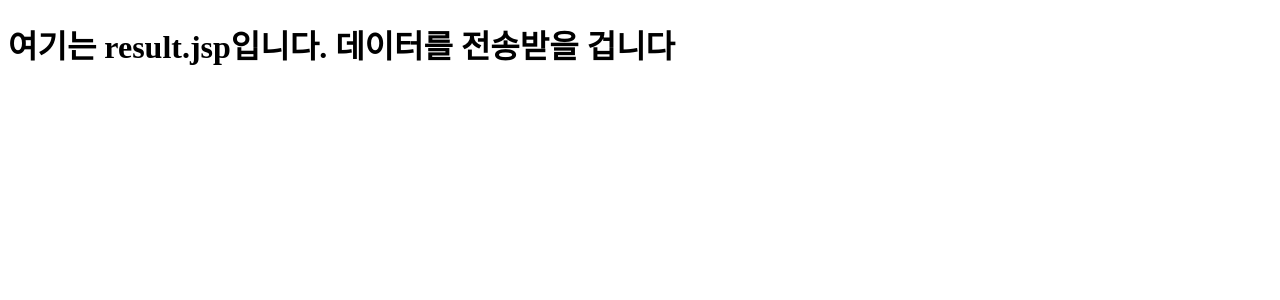
Repository: dychung1021/newrepository
Page: http://localhost/JSP03/result.jsp
The author's editor kept a copy of each file at every save. The page is drawn from the files as they stood at one save, then again after the next save.
The browser window is 1280 px wide. The pictures show the whole page.
The page is served by Tomcat 9.

Above is the page before, as saved 2024-05-10 00:31:58.

After the next save:
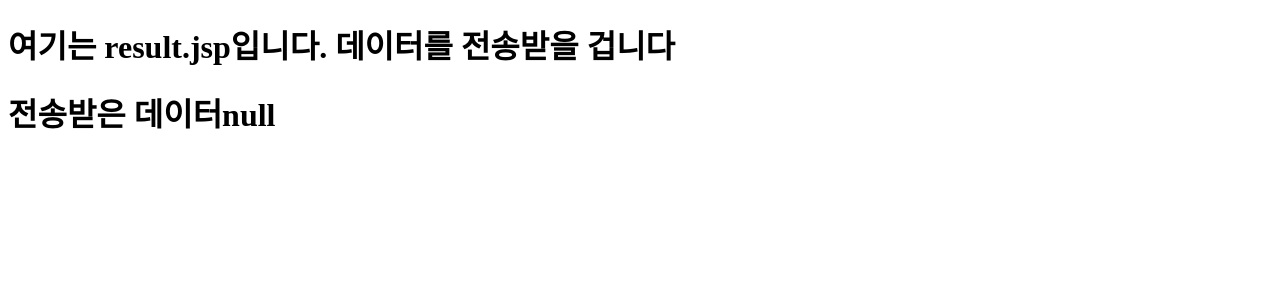
Saved 3 min 46 s later.
--- a/JSP/JSP03/src/main/webapp/result.jsp
+++ b/JSP/JSP03/src/main/webapp/result.jsp
@@ -8,5 +8,9 @@
 </head>
 <body>
 	<h1>여기는 result.jsp입니다. 데이터를 전송받을 겁니다</h1>
+	<%
+	String A=request.getParameter("test");
+	%>
+	<h1>전송받은 데이터<%=A %></h1>
 </body>
 </html>
